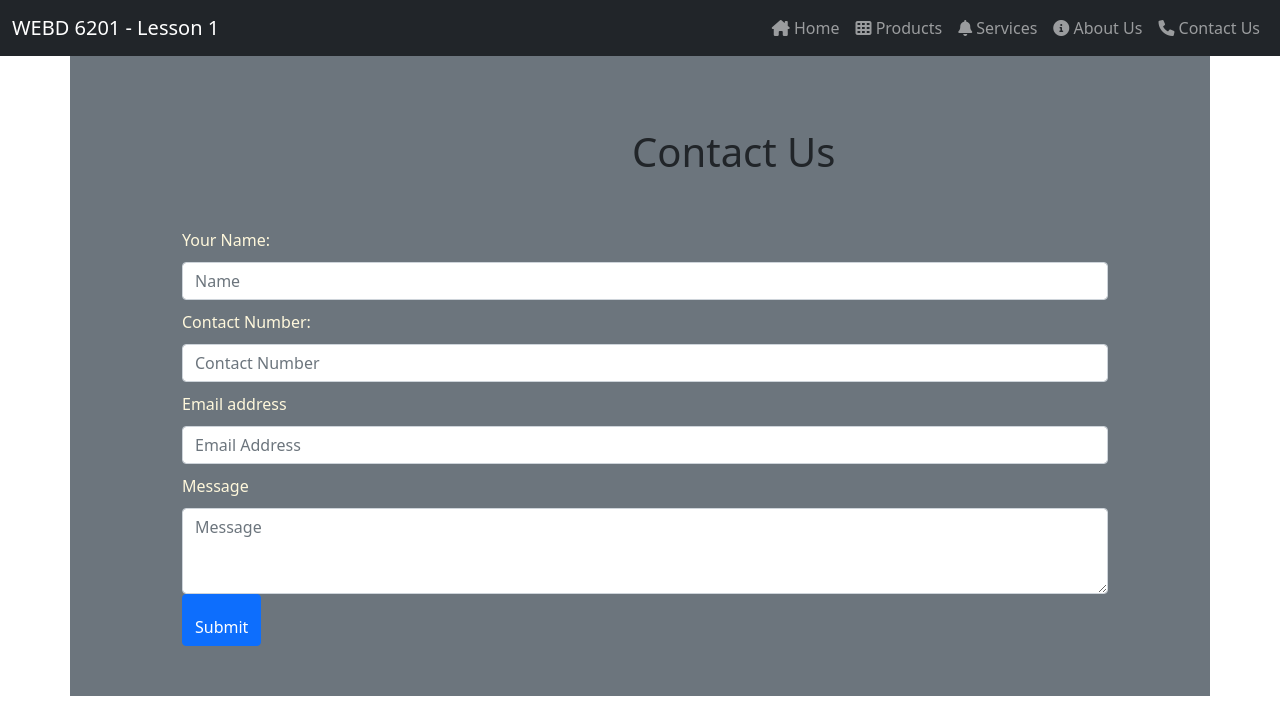
Repository: devanshudave1901/DevanshuDave_AngaranYogeswaranLab2
Page: contact.html
An editor plug-in stored every save of this project. The page is shown before and after the next save, followed by the edit.
The browser window is 1280 px wide. The pictures show the whole page.

Above is the page before, as saved 2022-02-10 12:31:55.

After the next save:
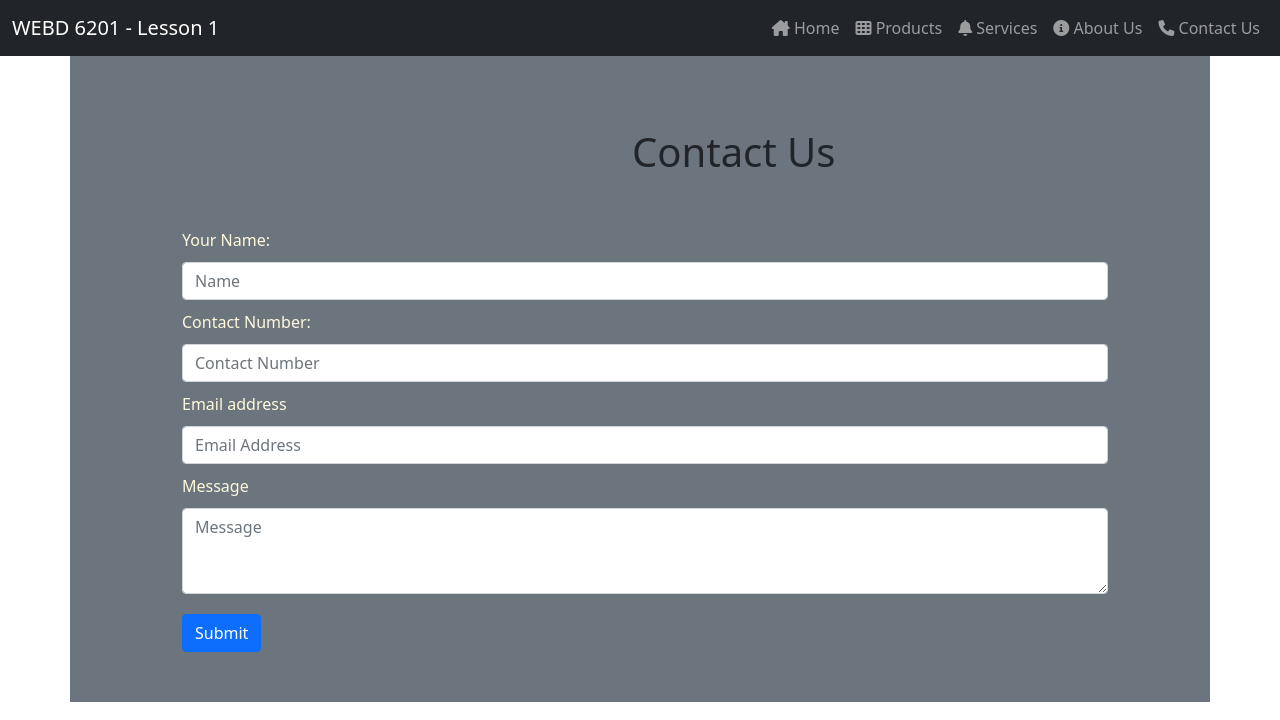
Saved 17 s later.
--- a/Content/app.css
+++ b/Content/app.css
@@ -8,7 +8,7 @@
 }
 
 #Contactform button {
-  padding-top: 20px;
+  margin-top: 20px;
 }
 .formInputBox {
   padding-left: 60px;
